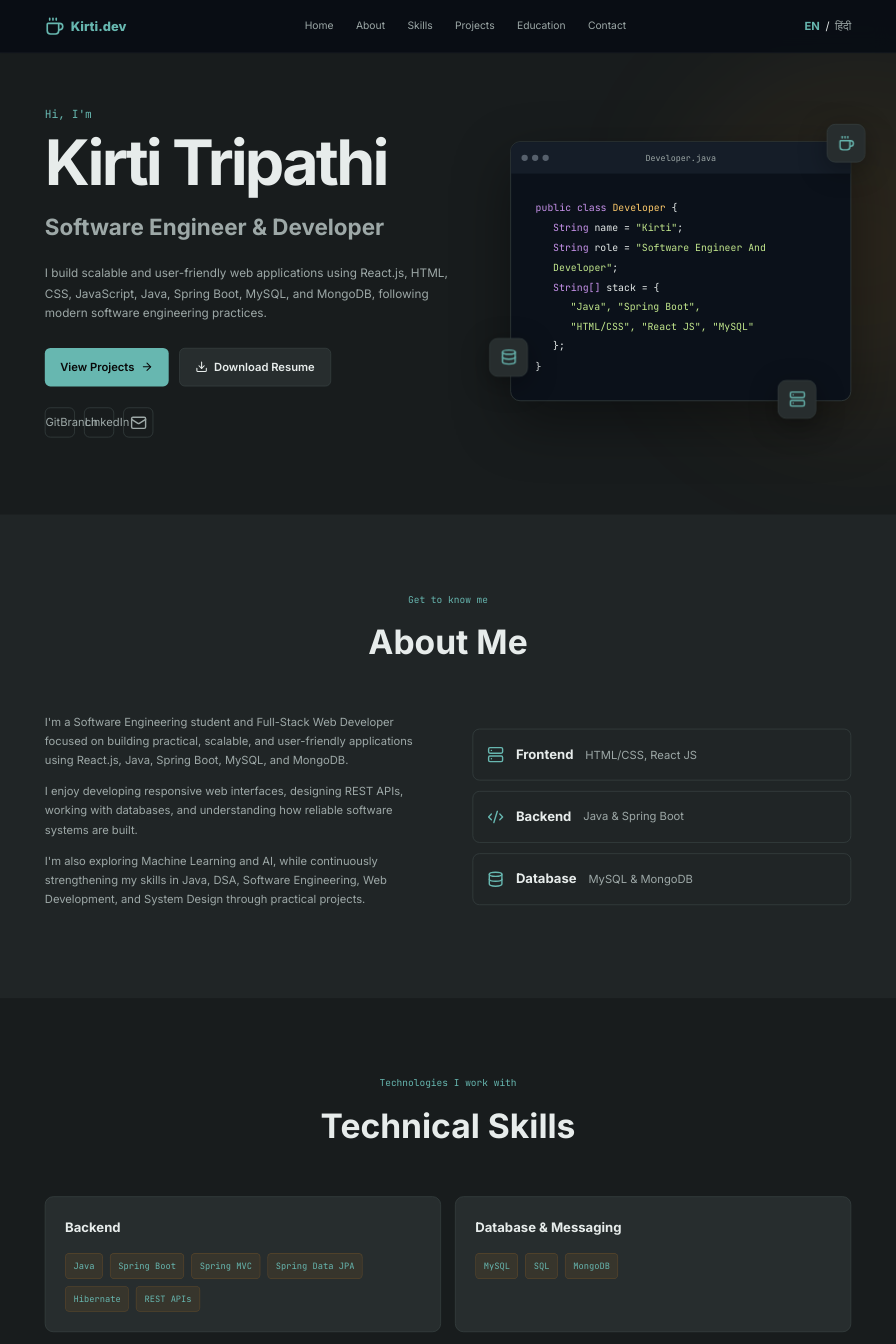
Repository: Rashi-Kirti06/En-Hi-Portfolio
Page: /
The author's editor kept a copy of each file at every save. The page is drawn from the files as they stood at one save, then again after a run of saves.
The browser window is 1280 px wide. The pictures show the part of the page from y = 0 to 1920 px (the page is 4993 px tall), at 70% of full size.
The project was rebuilt for these pictures with package versions that can differ from the ones it lists, and the page was loaded fresh each time. Also part of the build but not shown: vite.config.js.

Above is the page before, as saved 2026-09-06 16:55:47.

After the next 2 saves:
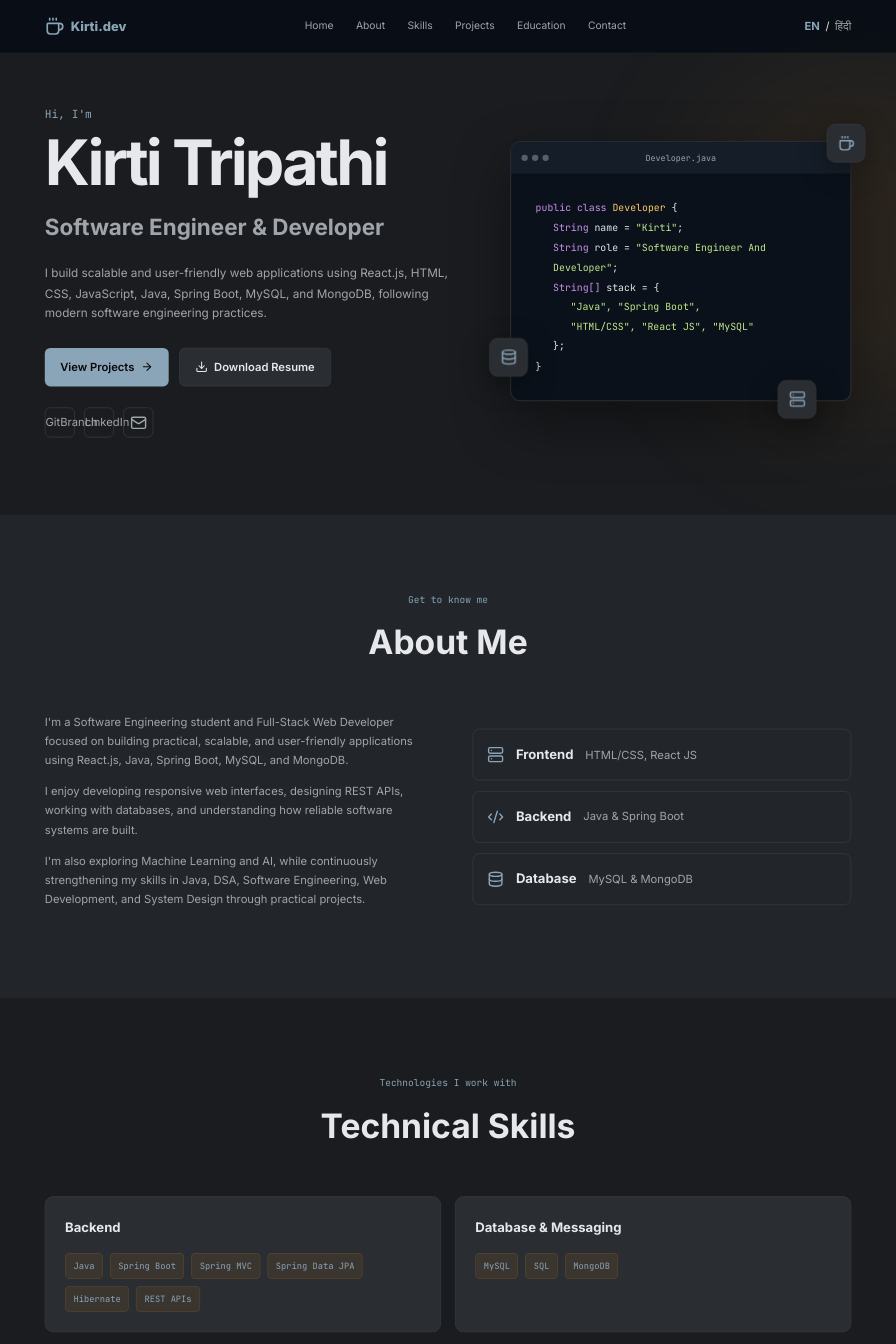
The 2 saves are shown as one change because they came seconds apart.
The last was saved 21 s later.
--- a/src/index.css
+++ b/src/index.css
@@ -171,7 +171,7 @@
 --green: #70c596;
 --border: #343c47; */
 
---background: #181c1d;
+/* --background: #181c1d;
 --background-secondary: #202526;
 --card: #272d2e;
 --card-hover: #2e3637;
@@ -180,7 +180,18 @@
 --primary: #67b7b0;
 --primary-hover: #79c5be;
 --green: #78c99a;
---border: #394243;
+--border: #394243; */
+
+--background: #1a1c1f;
+--background-secondary: #222529;
+--card: #2a2d31;
+--card-hover: #31353a;
+--text: #e6e8eb;
+--text-muted: #a0a5ab;
+--primary: #8aa4b8;
+--primary-hover: #9bb5c8;
+--green: #7fba91;
+--border: #393d42;
 
 
   --max-width: 1180px;
